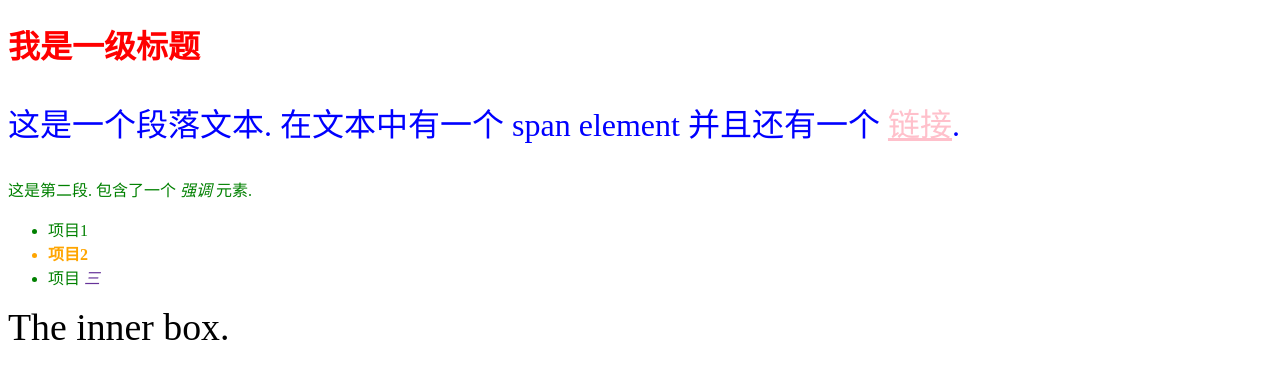
Repository: Valhally/web-projects
Page: sample-site/index.html
The author's editor kept a copy of each file at every save. The page is drawn from the files as they stood at one save, then again after the next save.
The browser window is 1280 px wide. The pictures show the whole page.

Above is the page before, as saved 2021-08-10 20:34:12.

### sample-site/index.html
<!doctype html>
<html lang="zh-CN">
<head>
    <meta charset="utf-8">
    <title>开始学习CSS</title>
    <link rel = "stylesheet" href = "resources/styles.css">
</head>

<body>

    <h1>我是一级标题</h1>

    <p>这是一个段落文本. 在文本中有一个 <span>span element</span>
并且还有一个 <a href="http://example.com">链接</a>.</p>

    <p>这是第二段. 包含了一个 <em>强调</em> 元素.</p>

    <ul>
        <li>项目1</li>
        <li class = "special">项目2</li>
        <li>项目 <em>三</em></li>
    </ul>

    <div class="outer">
        <div class="inner">
            The inner box.
        </div>
    </div>

</body>

</html>

### sample-site/resources/styles.css
h1 {
    color: red;
}

p, li {
    color: green;
}

li {
    list-style-type: disc;
}

li.special {
    color: orange;
    font-weight: bold;
}

li em {
    color: rebeccapurple;
}

h1 + p {
    font-size: 200%;
    color: blue;
}

a:link {
    color: pink;
}
a:visited {
    color: green;
}
a:hover {
    text-decoration: none;
}

.inner {
    font-size: 1cm;
}

After the next save:
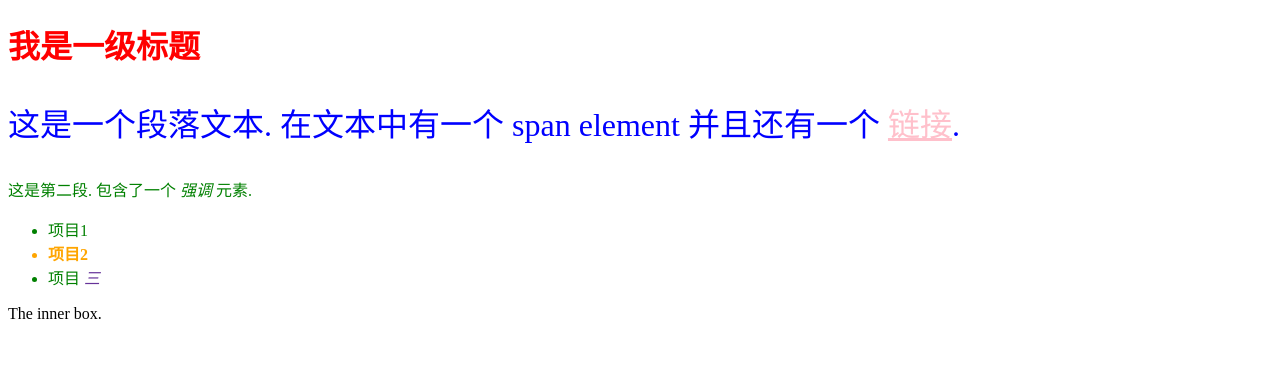
Saved 5 s later.
--- a/sample-site/resources/styles.css
+++ b/sample-site/resources/styles.css
@@ -35,5 +35,5 @@
 }
 
 .inner {
-    font-size: 1cm;
+    font-size: 1pc;
 }
